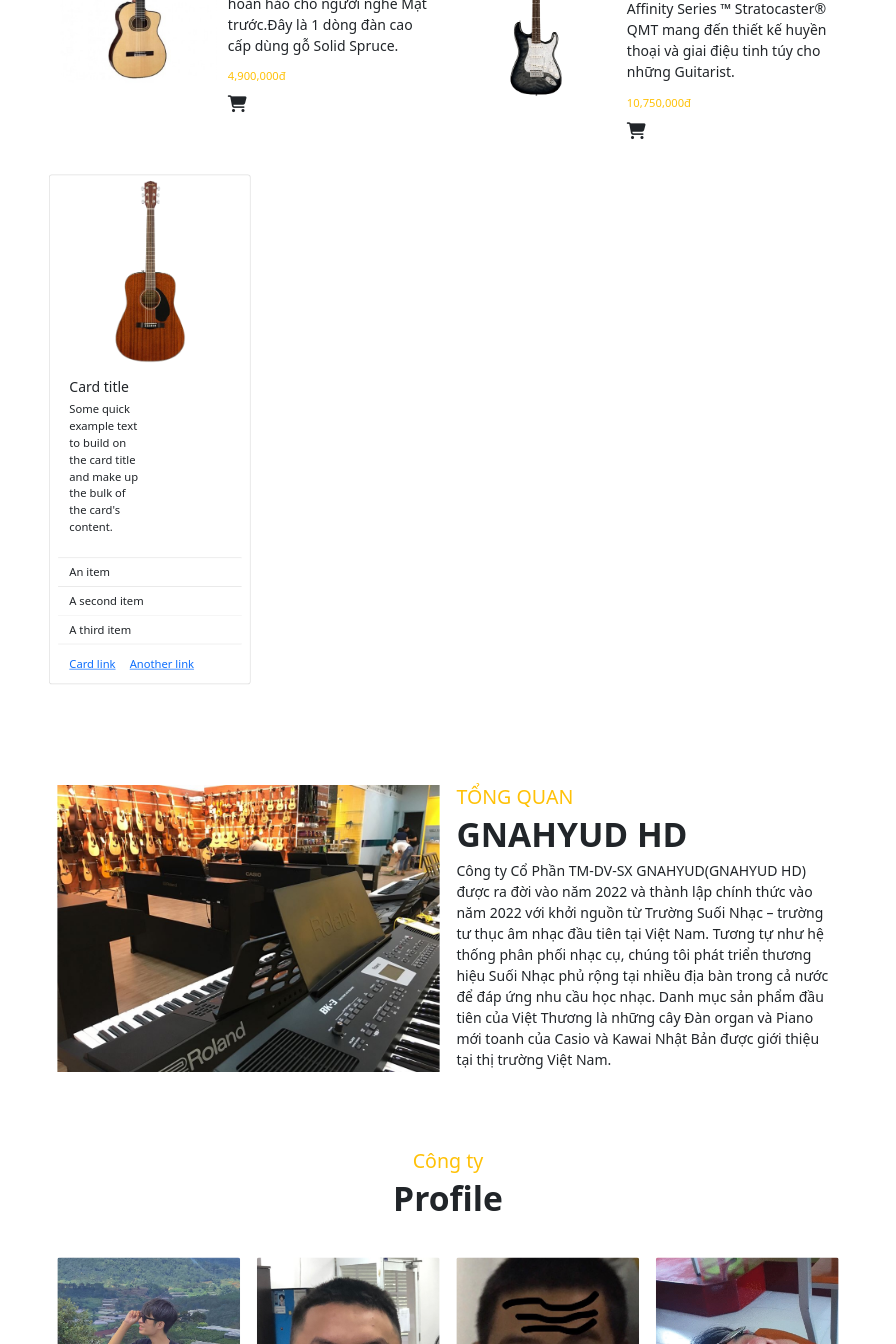
Repository: HoangDuy315/guitar
Page: index.html
These files come from the project's save history. The page is drawn as it stood at one moment and after the next save; the edit follows.
The browser window is 1280 px wide. The pictures show the part of the page from y = 1838 to 3758 px (the page is 5214 px tall before and 4486 px after), at 70% of full size.
Some web libraries are served in a nearby version.

Above is the page before, as saved 2022-09-16 14:56:55.

### index.html
<!doctype html>
<html lang="en">
  <head>
    <meta charset="utf-8">
    <meta name="viewport" content="width=device-width, initial-scale=1">
    <link href="https://cdn.jsdelivr.net/npm/bootstrap@5.1.3/dist/css/bootstrap.min.css" rel="stylesheet" integrity="sha384-1BmE4kWBq78iYhFldvKuhfTAU6auU8tT94WrHftjDbrCEXSU1oBoqyl2QvZ6jIW3" crossorigin="anonymous">

    <title>Guitar HD</title>
    <script src="https://kit.fontawesome.com/9676e8dc1b.js" crossorigin="anonymous"></script>
    <link rel="stylesheet" href="style.css">
  </head>
  <body>

    <!-- Nav -->
    <nav class="navbar navbar-expand-lg navbar-dark fixed-top py-3" id="navbar">
        <div class="container">
          <a class="navbar-brand fs-3 text-warning" href="#">GUITAR HD</a>
          <button class="navbar-toggler" type="button" data-bs-toggle="collapse" data-bs-target="#navbarSupportedContent" aria-controls="navbarSupportedContent" aria-expanded="false" aria-label="Toggle navigation">
            <span class="navbar-toggler-icon"></span>
          </button>
          <div class="collapse navbar-collapse" id="navbarSupportedContent">
            <ul class="navbar-nav me-auto mb-2 mb-lg-0 fs-5">
              <li class="nav-item">
                <a class="nav-link" href="#">Giới thiệu</a>
              </li>
              <li class="nav-item">
                <a class="nav-link" href="#">Tin tức</a>
              </li>
              <li class="nav-item dropdown">
                <a class="nav-link dropdown-toggle" href="#" id="navbarDropdown" role="button" data-bs-toggle="dropdown" aria-expanded="false">
                  Sản phẩm
                </a>
                <ul class="dropdown-menu" aria-labelledby="navbarDropdown">
                  <li><a class="dropdown-item" href="#">Guitar Clasic</a></li>
                  <li><a class="dropdown-item" href="#">Guitar Accoutic</a></li>
                  <li><a class="dropdown-item" href="#">Electronic Guitar</a></li>
                  <li><hr class="dropdown-divider"></li>
                  <li><a class="dropdown-item" href="#">Phụ kiện Guitar</a></li>
                </ul>
              </li>
              <li class="nav-item">
                <a class="nav-link" href="#">Liên hệ</a>
              </li>
            </ul>
            <a class="navbar-brand fw-bold  fs-3 text-warning" href="#"></a>
            <button class="btn  btn-outline-warning px-9 rounded-pill ms-auto">Login</button>
            <button class="btn  btn-outline-warning px-9 rounded-pill ms-3">Sign up</button>
          </div>
        </div>
      </nav>

    <!-- HomePage -->
    <section id="home" class="d-flex">
        <div class="container d-flex align-items-center">
            <div class="row justify-content-center">
                <div class="col-md-6">
                    <h1 class="display-1 fw-bolder text-white text-center">
                        BRINGING MUSIC TO<span class="text-warning"> EVERYONE</span>
                    </h1>
                </div>
            </div>
        </div>
    </section>

    <!-- Menu -->
    <section id="menu">
        <div class="container my-5 py-5">
            <div class="row mb-5">
                <div class="col-12 text-center">
                    <h3 class="text-warning">SẢN PHẨM</h3>
                    <h2 class="display-5 fw-bold">BEST SELLER</h2>
                </div>
            </div>
            <!-- 1 -->
            <div class="row">
                <div class="col-md-6">
                    <div class="card mb-3 border-0">
                        <div class="row g-0">
                          <div class="col-md-5 d-flex align-items-center">
                            <img src="./assets/ac1.png" class="img-fluid" alt="...">
                          </div>
                          <div class="col-md-7">
                            <div class="card-body">
                              <h5 class="card-title fs-3 fw-bold">FENDER FSR V3 CD60 MAH WN</h5>
                              <p class="card-text lead mb-2">CD-60 là một trong những mô hình phổ biến nhất của Fender và lý tưởng cho những người chơi đang tìm kiếm một cây đàn dáng dreadnought chất lượng cao giá cả phải.</p>
                              <p class="lead fw-bold fs-4 text-warning">
                                <p class="text-warning">4,900,000đ</p>
                                <i class="fa-solid fa-cart-shopping fs-4"></i>
                              </p>
                            </div>
                          </div>
                        </div>
                      </div>
                </div>
                <!-- 2 -->
                <div class="col-md-6">
                    <div class="card mb-3 border-0">
                        <div class="row g-0">
                          <div class="col-md-5 d-flex align-items-center">
                            <img src="./assets/ac4.png" class="img-fluid" alt="...">
                          </div>
                          <div class="col-md-7">
                            <div class="card-body">
                              <h5 class="card-title fs-3 fw-bold">TAKAMINE GD10CE</h5>
                              <p class="card-text lead mb-2">Dáng đàn dreadnought cho âm thanh dày, mạnh mẽ Mặt trước gỗ Spruce kết hợp mặt sau và hông mahogany Cần đàn mỏng gỗ mahogany và bán kính 12” Mặt phím gỗ và ngựa đàn Pin-less gỗ ovangkol.</p>
                              <p class="lead fw-bold fs-4 text-warning">
                                <p class="text-warning">6,690,000đ</p>
                                <i class="fa-solid fa-cart-shopping fs-4"></i>
                              </p>
                            </div>
                          </div>
                        </div>
                      </div>
                </div>
                <!-- 3 -->
                <div class="col-md-6">
                    <div class="card mb-3 border-0">
                        <div class="row g-0">
                          <div class="col-md-5 d-flex align-items-center">
                            <img src="./assets/cl6.png" class="img-fluid" alt="...">
                          </div>
                          <div class="col-md-7">
                            <div class="card-body">
                              <h5 class="card-title fs-3 fw-bold">CORDOBA C3M</h5>
                              <p class="card-text lead mb-2">Cordoba C3M là một trong những cây guitar dây nylon phổ biến của Cordoba. Được thiết kế với trọng lượng nhẹ và thoải mái để chơi.Thiết kế fan bracing mang lại âm sắc đẹp, mềm mại và cân bằng.</p>
                              <p class="lead fw-bold fs-4 text-warning">
                                <p class="text-warning">6,150,000đ</p>
                                <i class="fa-solid fa-cart-shopping fs-4"></i>
                              </p>
                            </div>
                          </div>
                        </div>
                      </div>
                </div>
                <!-- 4 -->
                <div class="col-md-6">
                    <div class="card mb-3 border-0">
                        <div class="row g-0">
                          <div class="col-md-5 d-flex align-items-center">
                            <img src="./assets/e2.png" class="img-fluid" alt="...">
                          </div>
                          <div class="col-md-7">
                            <div class="card-body">
                              <h5 class="card-title fs-4 fw-bold">FENDER SQUIER FSR AFF STRAT HSS LRL MBPG OWT</h5>
                              <p class="card-text lead mb-2">Là một con đường tuyệt vời để tiến đại vào gia đình Fender® lâu đời, Squier® Affinity Series ™ Stratocaster® QMT mang đến thiết kế huyền thoại GNAHYUD!.</p>
                              <p class="lead fw-bold fs-4 text-warning">
                                <p class="text-warning">9,320,000đ</p>
                                <i class="fa-solid fa-cart-shopping fs-4"></i>
                              </p>
                            </div>
                          </div>
                        </div>
                      </div>
                </div>
                <!-- 5 -->
                <div class="col-md-6">
                    <div class="card mb-3 border-0">
                        <div class="row g-0">
                          <div class="col-md-5 d-flex align-items-center">
                            <img src="./assets/cl7.png" class="img-fluid" alt="...">
                          </div>
                          <div class="col-md-7">
                            <div class="card-body">
                              <h5 class="card-title fs-3 fw-bold">TAKAMINE TH90</h5>
                              <p class="card-text lead mb-2">Takamine TH90 là cây đàn Classic được chế tác tinh tế với hệ thống Preamp Cool Tube CTP-3 mang đến âm thanh hoàn hảo cho người nghe Mặt trước.Đây là 1 dòng đàn cao cấp dùng gỗ Solid Spruce.</p>
                              <p class="lead fw-bold fs-4 text-warning">
                                <p class="text-warning">4,900,000đ</p>
                                <i class="fa-solid fa-cart-shopping fs-4"></i>
                              </p>
                            </div>
                          </div>
                        </div>
                      </div>
                </div>
                <!-- 6 -->
                <div class="col-md-6">
                    <div class="card mb-3 border-0">
                        <div class="row g-0">
                          <div class="col-md-5 d-flex align-items-center">
                            <img src="./assets/e1.png" class="img-fluid" alt="...">
                          </div>
                          <div class="col-md-7">
                            <div class="card-body">
                              <h5 class="card-title fs-5 fw-bold">FENDER SQUIER FSR AF STRAT QMT LRL WPPG BBST 0378034539</h5>
                              <p class="card-text lead mb-2">Là một con đường tuyệt vời để tiến đại vào gia đình Fender® lâu đời, Squier® Affinity Series ™ Stratocaster® QMT mang đến thiết kế huyền thoại và giai điệu tinh túy cho những Guitarist.</p>
                              <p class="lead fw-bold fs-4 text-warning">
                                <p class="text-warning">10,750,000đ</p>
                                <i class="fa-solid fa-cart-shopping fs-4"></i>
                              </p>
                            </div>
                          </div>
                        </div>
                      </div>
                </div>

                <div class="card" style="width: 18rem;">
                  <img src="./assets/ac1.png" class="card-img-top" alt="...">
                  <div class="card-body mb-3 col-md-6">
                    <h5 class="card-title">Card title</h5>
                    <p class="card-text">Some quick example text to build on the card title and make up the bulk of the card's content.</p>
                  </div>
                  <ul class="list-group list-group-flush">
                    <li class="list-group-item">An item</li>
                    <li class="list-group-item">A second item</li>
                    <li class="list-group-item">A third item</li>
                  </ul>
                  <div class="card-body">
                    <a href="#" class="card-link">Card link</a>
                    <a href="#" class="card-link">Another link</a>
                  </div>
                </div>
            </div>
        </div>
    </section>

    <!-- About -->
    <section id="about">
        <div class="container my-5 py-5">
            <div class="row">
                <div class="col-md-6">
                    <img src="./assets/about3.png" alt="Hang Heo" class="w-100 h-80">
                </div>
                <div class="col-md-6">
                    <h3 class="text-warning">TỔNG QUAN</h3>
                    <h2 class="display-5 fw-bold">GNAHYUD HD</h2>
                    <p class="lead">Công ty Cổ Phần TM-DV-SX GNAHYUD(GNAHYUD HD) được ra đời vào năm 2022 và thành lập chính thức vào năm 2022 với khởi nguồn từ Trường Suối Nhạc – trường tư thục âm nhạc đầu tiên tại Việt Nam.
                         Tương tự như hệ thống phân phối nhạc cụ, chúng tôi phát triển thương hiệu Suối Nhạc phủ rộng tại nhiều địa bàn trong cả nước để đáp ứng nhu cầu học nhạc. Danh mục sản phẩm đầu tiên của Việt Thương là những cây Đàn organ và Piano mới toanh của Casio và Kawai Nhật Bản được giới thiệu tại thị trường Việt Nam. </p>
                </div>
            </div>
        </div>
    </section>

    <!-- Designer -->
    <section id="designer">
        <div class="container">
            <div class="row mb-5    ">
                <div class="col-12 text-center">
                    <h3 class="text-warning">Công ty</h3>
                    <h2 class="display-5 fw-bold">Profile</h2>
                </div>
            </div>
            <div class="row">
                <!-- 1 -->
                <div class="col-md-3">
                    <div class="card border-0">
                        <img src="./assets/ceo.png" class="card-img-top" alt="...">
                        <div class="card-body text-center">
                          <h4 class="card-title text-warning">CEO</h5>
                          <h6 class="card-title lead">GnahYud</h5>
                          <p class="card-text">When life changes to be harder, change yourself to be stronger</p>
                        </div>
                      </div>
                </div>

                <!-- 2 -->
                <div class="col-md-3">
                    <div class="card border-0">
                        <img src="./assets/trưởng phòng.png" class="card-img-top" alt="...">
                        <div class="card-body text-center">
                          <h4 class="card-title text-warning">Trưởng phòng</h5>
                          <h6 class="card-title lead">Glong</h5>
                          <p class="card-text">In three words I can sum up I’ve learned in life: it goes on.</p>
                        </div>
                      </div>
                </div>

                <!-- 3 -->
                <div class="col-md-3">
                    <div class="card border-0">
                        <img src="./assets/bảo vệ.png" class="card-img-top h-100" alt="...">
                        <div class="card-body text-center">
                          <h4 class="card-title text-warning">Bảo vệ</h4></h5>
                          <h6 class="card-title lead">Ốc Piêu</h5>
                          <p class="card-text">We could never learn to be brave and patient, if there were only joy in the world.</p>
                        </div>
                      </div>
                </div>

                <!-- 4 -->
                <div class="col-md-3">
                    <div class="card border-0">
                        <img src="./assets/lao công.png" class="card-img-top" alt="...">
                        <div class="card-body text-center">
                          <h4 class="card-title text-warning">Lao công</h5>
                          <h6 class="card-title lead">Như Hiền</h5>
                          <p class="card-text">Sadness flies away on the wings of time.</p>
                        </div>
                      </div>
                </div>
            </div>
        </div>
    </section>

    <!-- Contact -->
    <section id="contact">
        <div class="container my-5 py-5">
            <div class="row mb-5">
                <div class="col-12 text-center">
                    <h3 class="text-warning fs-1">Liên hệ</h3>
                    <h2 class="display-7 fw-bold">Chúng tôi sẽ giúp bạn tìm đúng giải pháp cho đam mê của bạn.</h2>
                </div>
            </div>
            <div class="row justify-content-center">
                <div class="col-md-6">
                    <form action="">
                        <div class="mb-3">
                            <input type="text" class="form-control py-2" id="name" placeholder="Họ Và Tên">
                        </div>
                        <div class="mb-3">
                            <input type="text" class="form-control py-2" id="name" placeholder="Title">
                        </div>
                        <div class="mb-3">
                            <input type="email" class="form-control py-2" id="exampleFormControlInput1" placeholder="Email">
                        </div>
                        <div class="mb-3">
                            <textarea class="form-control" id="exampleFormControlTextarea1" placeholder="Nội dung" rows="3"></textarea>
                        </div>
                        <button class="button-32" role="button">Send</button>
                    </form>
                </div>
            </div>
        </div>
    </section>

    <!-- Footer -->
    <footer class="text-center text-lg-start bg-dark text-muted">
      <!-- Section: Social media -->
      <section class="d-flex justify-content-center justify-content-lg-between p-4 border-bottom">
        <!-- Left -->
        <div class="me-5 d-none d-lg-block">
          <span class="text-white fs-5">Social</span>
        </div>
        <!-- Left -->

        <!-- Right -->
        <div>
          <a href="" class="me-4 link-secondary">
            <i class="fab fa-facebook-f"></i>
          </a>
          <a href="" class="me-4 link-secondary">
            <i class="fab fa-twitter"></i>
          </a>
          <a href="" class="me-4 link-secondary">
            <i class="fab fa-google"></i>
          </a>
          <a href="" class="me-4 link-secondary">
            <i class="fab fa-instagram"></i>
          </a>
          <a href="" class="me-4 link-secondary">
            <i class="fab fa-linkedin"></i>
          </a>
          <a href="" class="me-4 link-secondary">
            <i class="fab fa-github"></i>
          </a>
        </div>
        <!-- Right -->
      </section>
      <!-- Section: Social media -->

      <!-- Section: Links  -->
      <section class="">
        <div class="container text-center text-md-start mt-5">
          <!-- Grid row -->
          <div class="row mt-3">
            <!-- Grid column -->
            <div class="col-md-3 col-lg-4 col-xl-3 mx-auto mb-4">
              <!-- Content -->
              <h6 class="text-uppercase fw-bold mb-4">
                <i class="fas fa-gem me-3 text-secondary"></i>GNAHYUD HD
              </h6>
              <p>
                <a href="#!" class="text-white">Giới thiệu công ty</a>
              </p>
              <p>
                <a href="#!" class="text-white">Hệ thống Showroom, đại lý</a>
              </p>
              <p>
                <a href="#!" class="text-white">Liên hệ/góp ý</a>
              </p>
              <p>
                <a href="#!" class="text-white">Mua trả góp</a>
              </p>
            </div>
            <!-- Grid column -->

            <!-- Grid column -->
            <div class="col-md-2 col-lg-2 col-xl-2 mx-auto mb-4">
              <!-- Links -->
              <h6 class="text-uppercase fw-bold mb-4">
                Hướng dẫn chung
              </h6>
              <p>
                <a href="#!" class="text-white">Giao hàng-đổi trả</a>
              </p>
              <p>
                <a href="#!" class="text-white">Hướng dẫn mua hàng</a>
              </p>
              <p>
                <a href="#!" class="text-white">Thanh toán và bảo mật</a>
              </p>
              <p>
                <a href="#!" class="text-white">Bảo hành Guitar</a>
              </p>
            </div>
            <!-- Grid column -->

            <!-- Grid column -->
            <div class="col-md-3 col-lg-2 col-xl-2 mx-auto mb-4">
              <!-- Links -->
              <h6 class="text-uppercase fw-bold mb-4">
                Hỗ trợ khách hàng
              </h6>
              <p>
                <a href="#!" class="text-white">Gọi mua hàng </a>
              </p>
              <p>
                <a href="#!" class="text-white">Thời gian phục vụ: 8h-22h</a>
              </p>
              <p>
                <a href="#!" class="text-white">Hotline: 1234 6789 </a>
              </p>
            </div>
            <!-- Grid column -->

            <!-- Grid column -->
            <div class="col-md-4 col-lg-3 col-xl-3 mx-auto mb-md-0 mb-4">
              <!-- Links -->
              <h6 class="text-uppercase fw-bold mb-4">Địa chỉ</h6>
              <p><i class="fas fa-home me-3 text-secondary"></i>607 XVNT, P.26, Q.BT, TP.HCM</p>
              <p>
                <i class="fas fa-envelope me-3 text-secondary"></i>
                info@example.com
              </p>
              <p><i class="fas fa-phone me-3 text-secondary"></i> + 01 234 567 88</p>
              <p><i class="fas fa-print me-3 text-secondary"></i> + 01 234 567 89</p>
            </div>
            <!-- Grid column -->
          </div>
          <!-- Grid row -->
        </div>
      </section>
      <!-- Section: Links  -->

      <!-- Copyright -->
      <div class="text-center p-4" style="background-color: rgba(0, 0, 0, 0.025);">
        © 2021 Copyright:
        <a class="text-reset fw-bold" href="https://mdbootstrap.com/">MDBootstrap.com</a>
      </div>
      <!-- Copyright -->
    </footer>

    <script src="https://cdn.jsdelivr.net/npm/bootstrap@5.1.3/dist/js/bootstrap.bundle.min.js" integrity="sha384-ka7Sk0Gln4gmtz2MlQnikT1wXgYsOg+OMhuP+IlRH9sENBO0LRn5q+8nbTov4+1p" crossorigin="anonymous"></script>
    <script>
        window.onscroll = function(){
            scrollFunction();
        }

        function scrollFunction() {
            if(document.body.scrollTop > 100 || document.documentElement.scrollTop > 100) {
                document.getElementById("navbar").classList.add("bg-dark", "shadow");
            }
            else{
                document.getElementById("navbar").classList.remove("bg-dark", "shadow");
            }
        }
    </script>
</body>
</html>

Loaded but not shown: style.css (42 lines, source omitted)

After the next save:
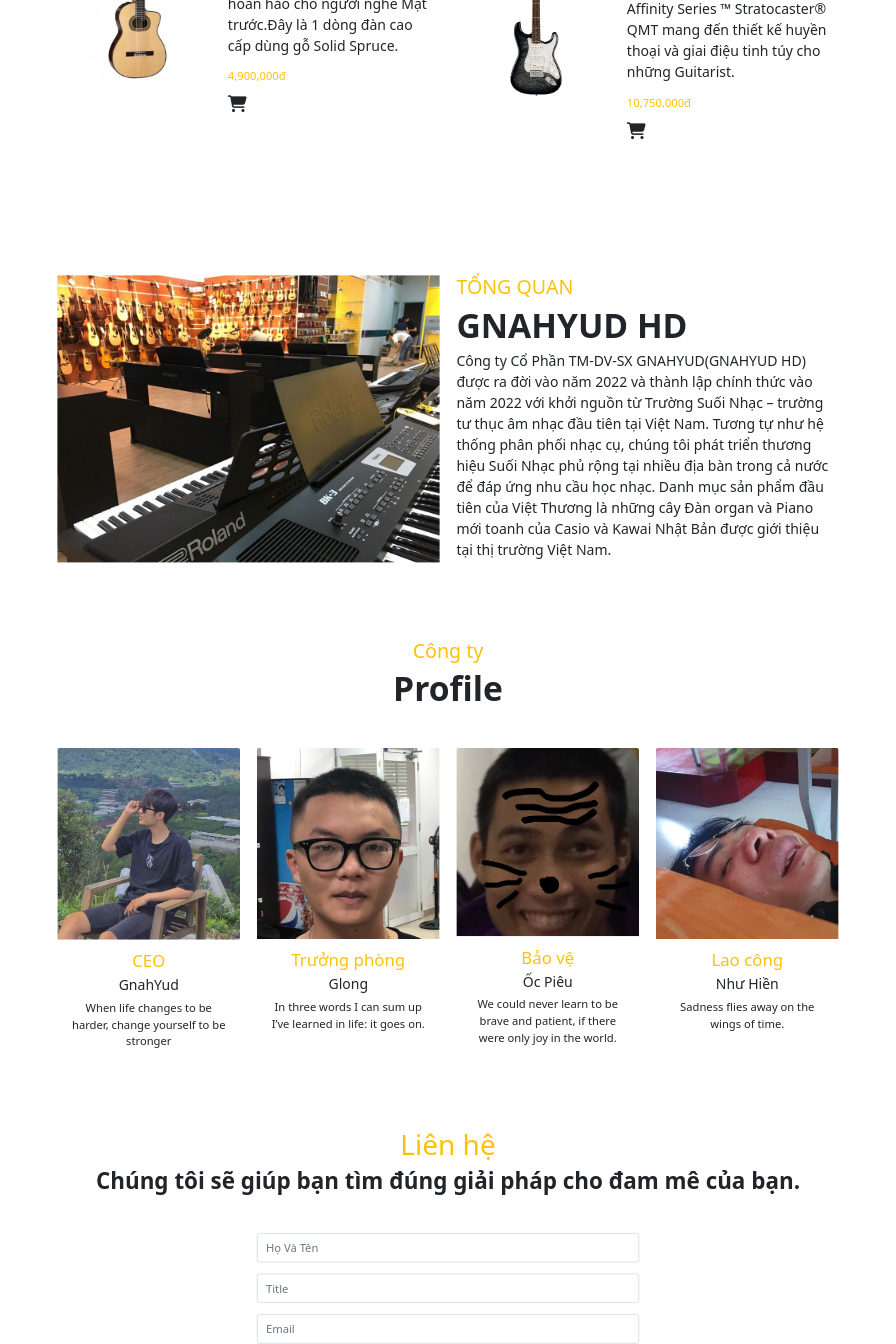
Saved 37 s later.
--- a/index.html
+++ b/index.html
@@ -192,23 +192,6 @@
                         </div>
                       </div>
                 </div>
-
-                <div class="card" style="width: 18rem;">
-                  <img src="./assets/ac1.png" class="card-img-top" alt="...">
-                  <div class="card-body mb-3 col-md-6">
-                    <h5 class="card-title">Card title</h5>
-                    <p class="card-text">Some quick example text to build on the card title and make up the bulk of the card's content.</p>
-                  </div>
-                  <ul class="list-group list-group-flush">
-                    <li class="list-group-item">An item</li>
-                    <li class="list-group-item">A second item</li>
-                    <li class="list-group-item">A third item</li>
-                  </ul>
-                  <div class="card-body">
-                    <a href="#" class="card-link">Card link</a>
-                    <a href="#" class="card-link">Another link</a>
-                  </div>
-                </div>
             </div>
         </div>
     </section>
